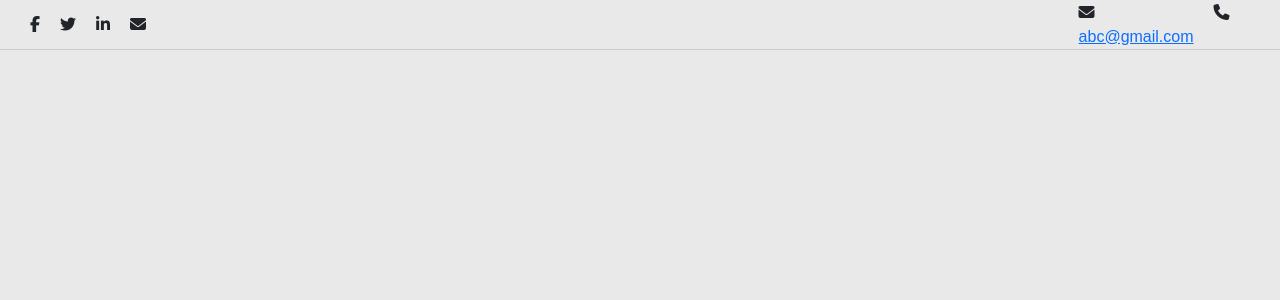
Repository: arehmanraza/lawyer_website
Page: Pages/index.html
An editor plug-in stored every save of this project. The page is shown before and after the next save, followed by the edit.
The browser window is 1280 px wide. The pictures show the whole page.
Some web libraries are served in a nearby version.

Above is the page before, as saved 2024-05-22 01:13:00.

After the next save:
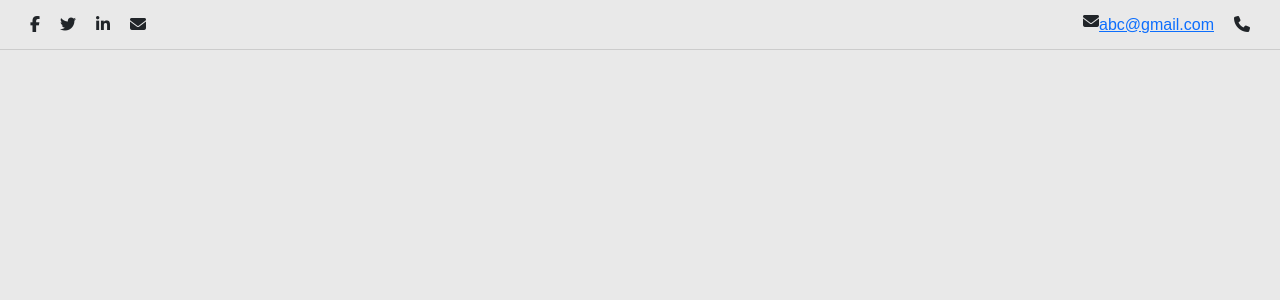
Saved 4 s later.
--- a/Pages/index.html
+++ b/Pages/index.html
@@ -48,7 +48,7 @@
           <ul>
 
 
-            <li class="">
+            <li class="d-flex">
               <i class="fa-solid fa-envelope"></i>
               <span><a href = "mailto: a.rehman78766@gmail.com">abc@gmail.com</a></span>
             </li>
